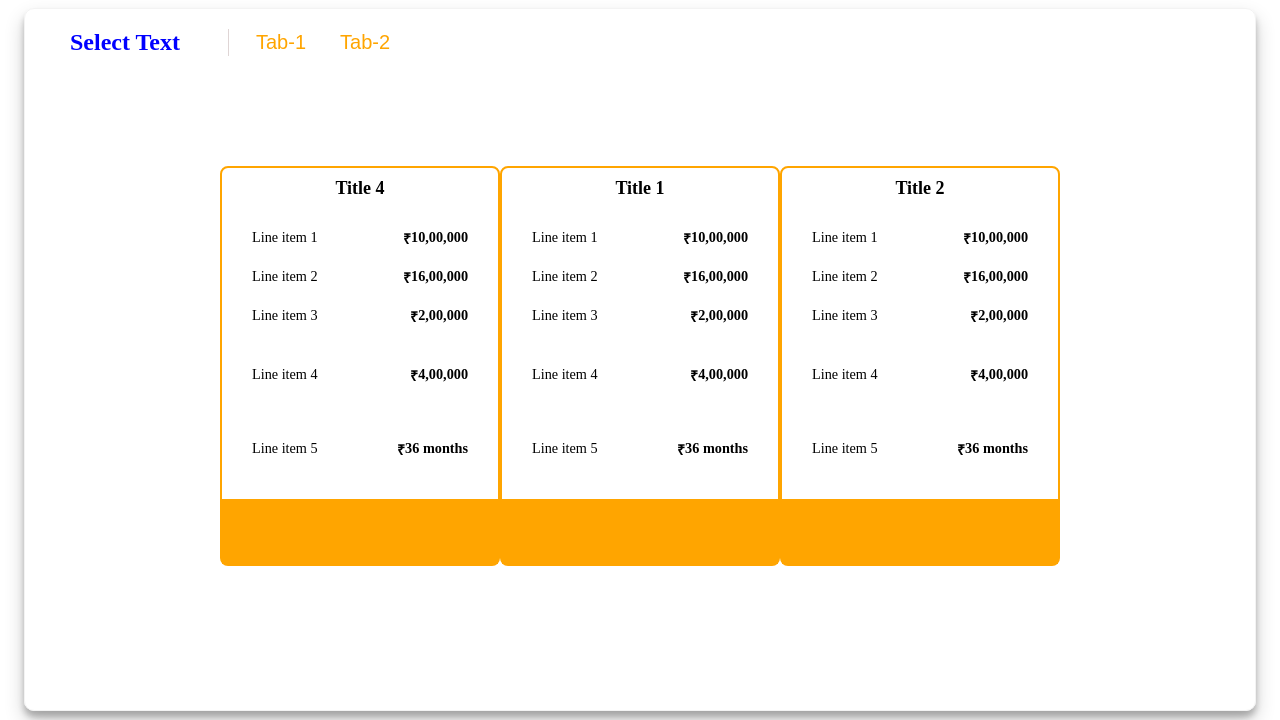
Repository: Adityanarayan-tiwari/Cardbox
Page: index.html
An editor plug-in stored every save of this project. The page is shown before and after a run of saves, followed by the edit.
The browser window is 1280 px wide. The pictures show the whole page.

Above is the page before, as saved 2020-07-25 13:44:31.

After the next 2 saves:
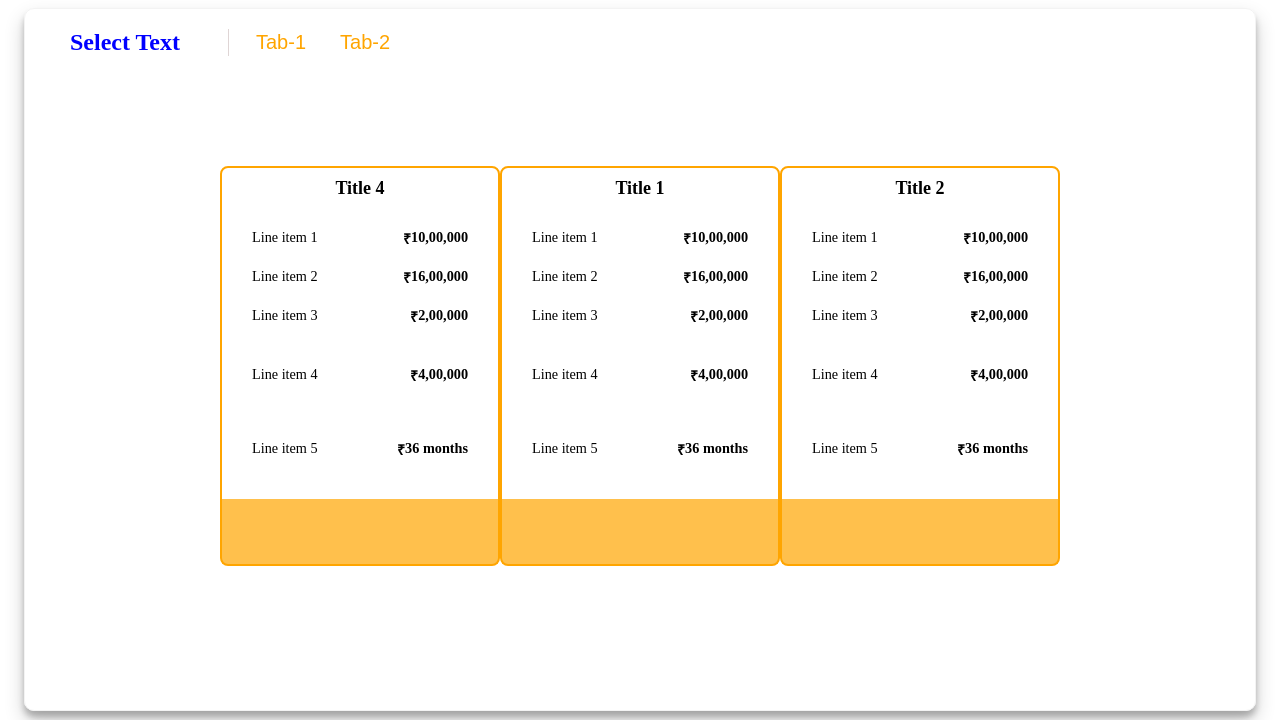
The 2 saves are shown as one change because they came seconds apart.
The last was saved 45 s later.
--- a/index.css
+++ b/index.css
@@ -129,6 +129,7 @@
     position: absolute;
     bottom: 0;
     padding-top: 10px;
+    opacity: .7;
 }
 
 
